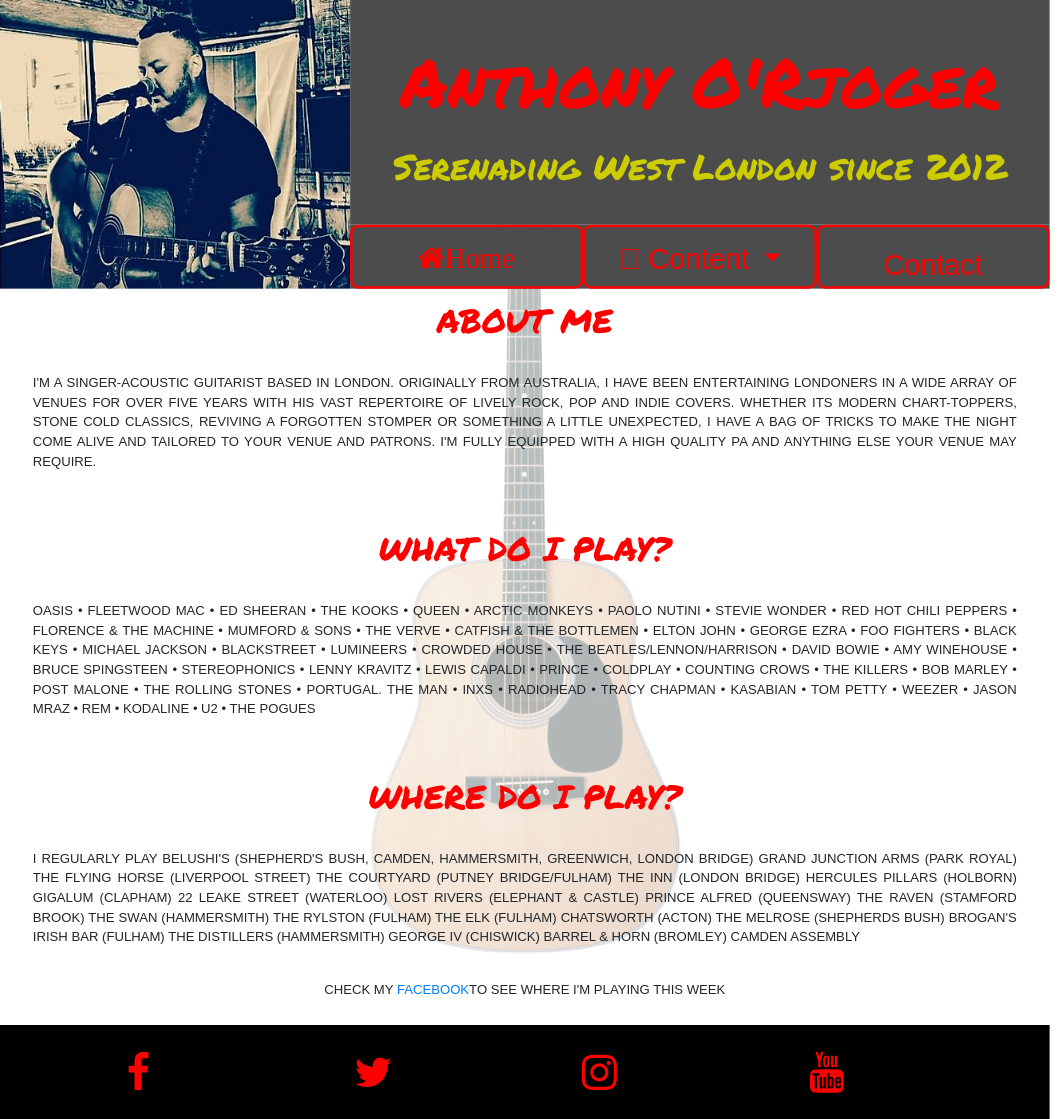
Repository: SimonGeorgeNZ/milestone_1
Page: index.html
The author's editor kept a record of every edit. The page is drawn from the files as they stood at one moment, then again after the next edit.
The browser window is 1280 px wide. The page is 1295 px wide, so the pictures cover 1295 px, including what lies to the right of the window. The pictures show the whole page, at 82% of full size.
Some web fonts or font styles are not loaded; a fallback is used. Some web libraries are served in a nearby version.

Above is the page before.

### index.html
<!DOCTYPE html>
<html lang="en">

<head>
    <meta charset="UTF-8">
    <meta name="viewport" content="width=device-width, initial-scale=1.0">
    <meta http-equiv="X-UA-Compatible" content="ie=edge">
    <link rel="stylesheet" href="assets/css/style.css" type="text/css" />
    <link rel="stylesheet" href="https://maxcdn.bootstrapcdn.com/bootstrap/4.2.1/css/bootstrap.min.css" type="text/css" />
    <link rel="stylesheet" href="https://maxcdn.bootstrapcdn.com/font-awesome/4.7.0/css/font-awesome.min.css" type="text/css" />
    <title>Anthony O'Rjoger</title>
</head>

<body>
    <header>

        <div class="row no-gutters">
            <a class="col-md-4 profile" href="index.html"></a>
            <div class="col-md-8">
                <div class="row no-gutters bg-color-title">
                    <div class="col title">
                        <h1 class="name">Anthony O'Rjoger</h1>
                        <h2 class="tag-line">Serenading West London since 2012</h2>
                    </div>
                </div>
                <div class="row no-gutters bg-col-blk">
                    <div class="col-12 col-md-6 col-lg-4 nav-but">
                        <a href="index.html" class="nav-but-text icon fa fa-home"><i aria-hidden="true"></i><span>Home</span></a>
                    </div>
                    <div class="col-12 col-md-6 col-lg-4 dropdown nav-but">
                        <button class="icon fa fa-music btn btn-secondary dropdown-toggle container-fluid" type="button" id="dropdownMenuButton" data-toggle="dropdown" aria-haspopup="true" aria-expanded="false">
    Content
  </button>
                        <div class="dropdown-menu" aria-labelledby="dropdownMenuButton">
                            <a class="dropdown-item" href="photos.html">Photos</a>
                            <a class="dropdown-item" href="videos.html">Videos</a>
                            <a class="dropdown-item" href="originals.html">Originals</a>
                        </div>
                    </div>
                    <div class="col d-md-block d-none nav-but">
                        <a href="contact.html" class="nav-but-text"><i aria-hidden="true"></i><span>Contact</span></a>
                    </div>
                </div>

            </div>

        </div>
        </div>
    </header>

    <body class="jumbotron-main">
        <div class="row">
            <div class="about">
                <h1 class="text-box-heading">About me</h1>
                <p class="text-box">
                    I'm a singer-acoustic guitarist based in London. Originally from Australia, I have been entertaining Londoners in a wide array of venues for over five years with his vast repertoire of lively rock, pop and indie covers. Whether its modern chart-toppers,
                    stone cold classics, reviving a forgotten stomper or something a little unexpected, I have a bag of tricks to make the night come alive and tailored to your venue and patrons. I'm fully equipped with a high quality PA and anything
                    else your venue may require.
                </p>
            </div>
            <div class="about">
                <h1 class="text-box-heading">What do I play?</h1>
                <p class="text-box">
                    OASIS • FLEETWOOD MAC • ED SHEERAN • THE KOOKS • QUEEN • ARCTIC MONKEYS • PAOLO NUTINI • STEVIE WONDER • RED HOT CHILI PEPPERS • FLORENCE & THE MACHINE • MUMFORD & SONS • THE VERVE • CATFISH & THE BOTTLEMEN • ELTON JOHN • GEORGE EZRA • FOO FIGHTERS •
                    BLACK KEYS • MICHAEL JACKSON • BLACKSTREET • LUMINEERS • CROWDED HOUSE • THE BEATLES/LENNON/HARRISON • DAVID BOWIE • AMY WINEHOUSE • BRUCE SPINGSTEEN • STEREOPHONICS • LENNY KRAVITZ • LEWIS CAPALDI • PRINCE • COLDPLAY • COUNTING CROWS
                    • THE KILLERS • BOB MARLEY • POST MALONE • THE ROLLING STONES • PORTUGAL. THE MAN • INXS • RADIOHEAD • TRACY CHAPMAN • KASABIAN • TOM PETTY • WEEZER • JASON MRAZ • REM • KODALINE • U2 • THE POGUES
                </p>
            </div>
            <div class="about">
                <h1 class="text-box-heading">Where do I play?</h1>
                <p class="text-box">
                    I regularly play BELUSHI'S (Shepherd's Bush, Camden, Hammersmith, Greenwich, London Bridge) GRAND JUNCTION ARMS (Park Royal) THE FLYING HORSE (Liverpool Street) THE COURTYARD (Putney Bridge/Fulham) THE INN (London Bridge) HERCULES PILLARS (Holborn) GIGALUM
                    (Clapham) 22 LEAKE STREET (Waterloo) LOST RIVERS (Elephant & Castle) PRINCE ALFRED (Queensway) THE RAVEN (Stamford Brook) THE SWAN (Hammersmith) THE RYLSTON (Fulham) THE ELK (Fulham) CHATSWORTH (Acton) THE MELROSE (Shepherds Bush)
                    BROGAN'S IRISH BAR (Fulham) THE DISTILLERS (Hammersmith) GEORGE IV (Chiswick) BARREL & HORN (Bromley) CAMDEN ASSEMBLY
                </p>

                <p class="text-box-1">Check my <a href="https://www.facebook.com/anthonyorjogermusic/" target="_blank">facebook</a>to see where I'm playing this week </p>


            </div>


        </div>
    </body>
    <footer class="container-fluid footer-bg footer">
        <div class="row  d-block d-md-none">
            <div class="col">
                <form class="contact">
                    <div class="row no-gutters form">
                        <div class="col-12 contact">
                            <input type="text" id="fullname" class="form-control" placeholder="Name" required />
                            <input type="email" id="emailaddress" class="form-control" placeholder="Email" required />
                        </div>
                        <div class="col-12">
                            <textarea rows="5" name="projectsummary" id="projectsummary" class="form-control" placeholder="Whats the gig?" required /></textarea>
                        </div>
                    </div>
                </form>
            </div>
        </div>
        <input class="submit  d-block d-md-none" type="submit" value="Ready to rock?!" data-toggle="modal" data-target="#thanks" />
        <div class="container soclai-links-top">
            <div class="row no-gutters">
                <div class="col-3">
                    <a class="social-but" target=_ "blank" href="https://www.facebook.com/anthonyorjogermusic/">
                             <i class="fa fa-facebook" aria-hidden="true"></i>
                               <span class="sr-only">facebook</span>
                        </a>
                </div>
                <div class="col-3">
                    <a class="social-but" target=_ "blank" href="https://twitter.com/anthonyorjoger">
                             <i class="fa fa-twitter" aria-hidden="true"></i>
                               <span class="sr-only">Twitter</span>
                        </a>
                </div>
                <div class="col-3">
                    <a class="social-but" target=_ "blank" href="https://www.instagram.com/aor_music/">
                             <i class="fa fa-instagram" aria-hidden="true"></i>
                               <span class="sr-only">Instagram</span>
                        </a>
                </div>
                <div class="col-3">
                    <a class="social-but" target=_ "blank" href="https://www.youtube.com/channel/UCJdZ-PkIdPwwX4xIostHZ1g">
                             <i class="fa fa-youtube" aria-hidden="true"></i>
                               <span class="sr-only">Youtube</span>
                        </a>
                </div>
            </div>
        </div>
    </footer>

</body>
<script src="https://code.jquery.com/jquery-3.4.1.slim.min.js" integrity="sha384-J6qa4849blE2+poT4WnyKhv5vZF5SrPo0iEjwBvKU7imGFAV0wwj1yYfoRSJoZ+n" crossorigin="anonymous"></script>
<script src="https://cdn.jsdelivr.net/npm/popper.js@1.16.0/dist/umd/popper.min.js" integrity="sha384-Q6E9RHvbIyZFJoft+2mJbHaEWldlvI9IOYy5n3zV9zzTtmI3UksdQRVvoxMfooAo" crossorigin="anonymous"></script>
<script src="https://stackpath.bootstrapcdn.com/bootstrap/4.4.1/js/bootstrap.min.js" integrity="sha384-wfSDF2E50Y2D1uUdj0O3uMBJnjuUD4Ih7YwaYd1iqfktj0Uod8GCExl3Og8ifwB6" crossorigin="anonymous"></script>

<div class="modal fade" id="thanks" tabindex="-1" role="dialog" aria-labelledby="exampleModalLabel" aria-hidden="true">
    <div class="modal-dialog" role="document">
        <div class="modal-content">
            <div class="modal-header">
                <h5 class="modal-title" id="exampleModalLabel">Thanks!</h5>
                <button type="button" class="close" data-dismiss="modal" aria-label="Close">
          <span aria-hidden="true">&times;</span>
        </button>
            </div>
            <div class="modal-body">
                I'll be in touch shortly
            </div>
            <div class="modal-footer">
                <button type="button" class="close" data-dismiss="modal">Close</button>
            </div>
        </div>
    </div>
</div>

</html>

### assets/css/style.css
@import url('https://fonts.googleapis.com/css?family=Alatsi|Permanent+Marker|100,200,300,400,500,600,700');



/*------------------Colors------*/

.bg-color-title {
    background-color: #4c4c4c;
}

.li-menu-color {
    background-color: #4c4c4c;
}

.bg-col-blk {
    background-color: #4c4c4c;
}

.footer-bg {
    background-color: black;
}

.submit {
    color: #ff0000!important;
    background-color: #cccc00!important;
}


.name {
    color: #ff0000;
}

.tag-line {
    color: #cccc00;
}

.nav-but {
    border-color: #ff0000;
}

.nav-but-text {
    color: #ff0000;
    background-color: #4c4c4c;
}

.dropdown-menu {
    background-color: #4c4c4c !important;
    border-color: #ff0000!important;
}

#dropdownMenuButton {
    color: #ff0000;
    background-color: #4c4c4c;
}

.dropdown-item {
    color: #ff0000!important;
}

h4 {
    color: #ff0000!important;
}

.social-links-top {
    border-color: #ff0000!important;
}


/*------------------Heading------*/

header {
    margin: 0;
}

.title {
    margin-left: 25px;
    margin-right: 25px;
}


.profile {
    background: url("../images/anthony.jpg");
    background-position: center;
    background-repeat: no-repeat;
    background-size: cover;
    min-height: 350px;
    transition: all ease-in-out;
    -moz-transition: all .5s ease-in-out;
    -webkit-transition: all .5s ease-in-out;

}

.name {
    font-family: "Permanent Marker", sans-serif;
    font-weight: 100;
    font-size: calc(70px + 1vw);
    margin-top: 50px;
    text-align: center;
    padding-bottom: 20px;
}

.tag-line {
    font-family: "Permanent Marker", sans-serif;
    font-weight: 200;
    font-size: calc(30px + 1vw);
    margin-bottom: 20px;
    text-align: center;
    padding-bottom: 25px;
}


.menucontainer {
    font-size: 0;
}

#nav li {
    font-size: 14px;
    padding: 0;
    margin: 0;
}

.soclai-links-top {
    padding-bottom: 0;
    margin: 0;
    border-style: none;
}

/*------------------Nav------*/

.nav-but {
    border-style: solid;
    border-width: 3px;
    border-radius: 10px;
    text-align: center;
    padding-top: 20px;
}

.nav-but-text {
    font-family: 'Alatsi', sans-serif;
    font-size: 35px;
}

.dropdown-menu {
    border-width: 3px!important;
    font-size: 35px!important;
    text-align: center!important;
    min-width: 75px!important;
    min-height: 75px!important;
    border-radius: 10px!important;
}

#dropdownMenuButton {
    font-family: 'Alatsi', sans-serif;
    font-size: 35px;
    border: none;
}

.icon {
    font-size: 35px!important;
    color: #ff0000;
}

.dropdown {
    padding-top: 15px;
}

.dropdown-menu .dropdown-item:hover {
    background-color: transparent;
}

.nav-but-text:hover {
    cursor: pointer;
    color: #ff0000;
    text-decoration: none;
}


/*------------------Main-section------*/

.text-box-heading {
    color: #ff0000;
    font-family: "Permanent Marker", sans-serif;
    text-transform: uppercase;
}

.text-box {
    font-family: 'Alatsi', sans-serif;
    margin: 40px;
    text-transform: uppercase;
}

.text-box-1 {
    font-family: 'Alatsi', sans-serif;
    text-align: center;
    text-transform: uppercase;
}

h1 {
    color: #ff000!important;
}

.jumbotron {
    margin-bottom: 0!important;
    padding: 0;
}

.jumbotron-main {
    background-attachment: scroll;
    background: url("../images/Background-image.png");
    background-repeat: no-repeat;
    background-position: center;
    padding: 0;

}

.social-but {
    font-size: 50px;
    color: #ff0000;
    margin-left: 25%;
}

.about {
    text-align: justify;
    margin: 15px;
}

.text-box-heading {
    text-align: center;
}

.form-control {
    border-style: solid!important;
    border-width: 3px!important;
    border-color: #000000!important;
}

.image {
    margin: auto;
    margin-top: 100px;
    margin-bottom: 350px;
    display: block;
    height: 200px;
    width: 200px;

}

.video {
    text-align: center;
    height: 150px;
    width: 150px;
    margin-top: 50px;
    margin-bottom: 100px;
}

.image:hover {
    cursor: pointer;
}

/*------------------Footer------*/

.footer {
    padding: 20px;
}

.submit {
    font-family: 'Alatsi', sans-serif;
    font-size: 26px;
    border: none;
    display: block;
    margin: auto;
    margin-top: 15px;
    margin-bottom: 20px;
    border-radius: 15px;
}

.contact {
    padding: 10px;
    margin-top: 20px;

}

#fullname {
    margin-bottom: 10px;
}

input[type="text"] {
    font-family: 'Alatsi', sans-serif;
    font-size: 26px;
}

input[type="email"] {
    font-family: 'Alatsi', sans-serif;
    font-size: 26px;
}

#projectsummary {
    font-family: 'Alatsi', sans-serif;
    font-size: 26px;
}

.social-links-top {
    width: 100vw;
}



/*------------------------modal----------------*/

.modal {
    display: flex;
}

#myModal {
    height: auto;
    width: auto;
    text-align: center;
}

After the next edit:
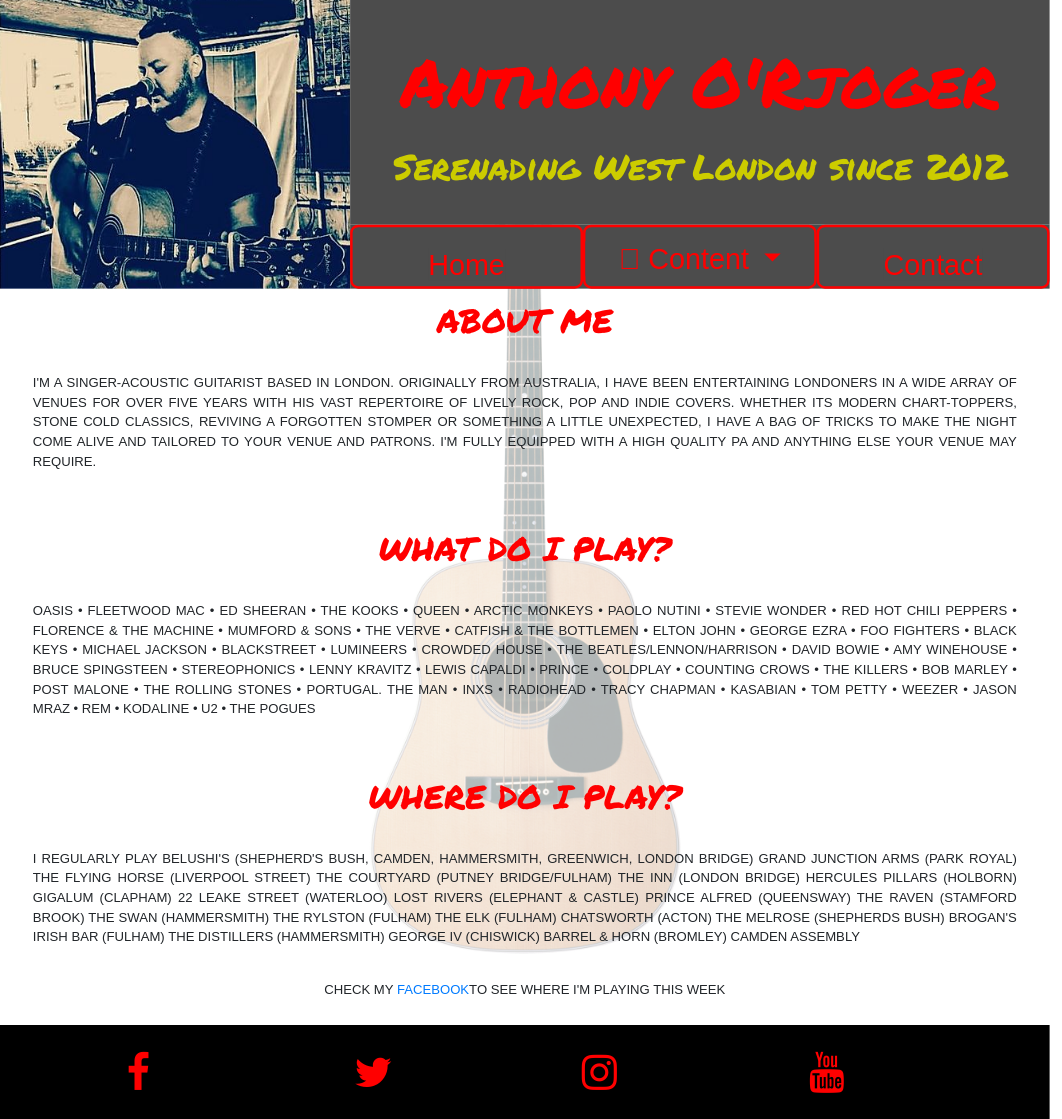
The edit:
--- a/index.html
+++ b/index.html
@@ -25,7 +25,7 @@
                 </div>
                 <div class="row no-gutters bg-col-blk">
                     <div class="col-12 col-md-6 col-lg-4 nav-but">
-                        <a href="index.html" class="nav-but-text icon fa fa-home"><i aria-hidden="true"></i><span>Home</span></a>
+                        <a href="index.html" class="nav-but-text icon"><i aria-hidden="true"></i><span>Home</span></a>
                     </div>
                     <div class="col-12 col-md-6 col-lg-4 dropdown nav-but">
                         <button class="icon fa fa-music btn btn-secondary dropdown-toggle container-fluid" type="button" id="dropdownMenuButton" data-toggle="dropdown" aria-haspopup="true" aria-expanded="false">
